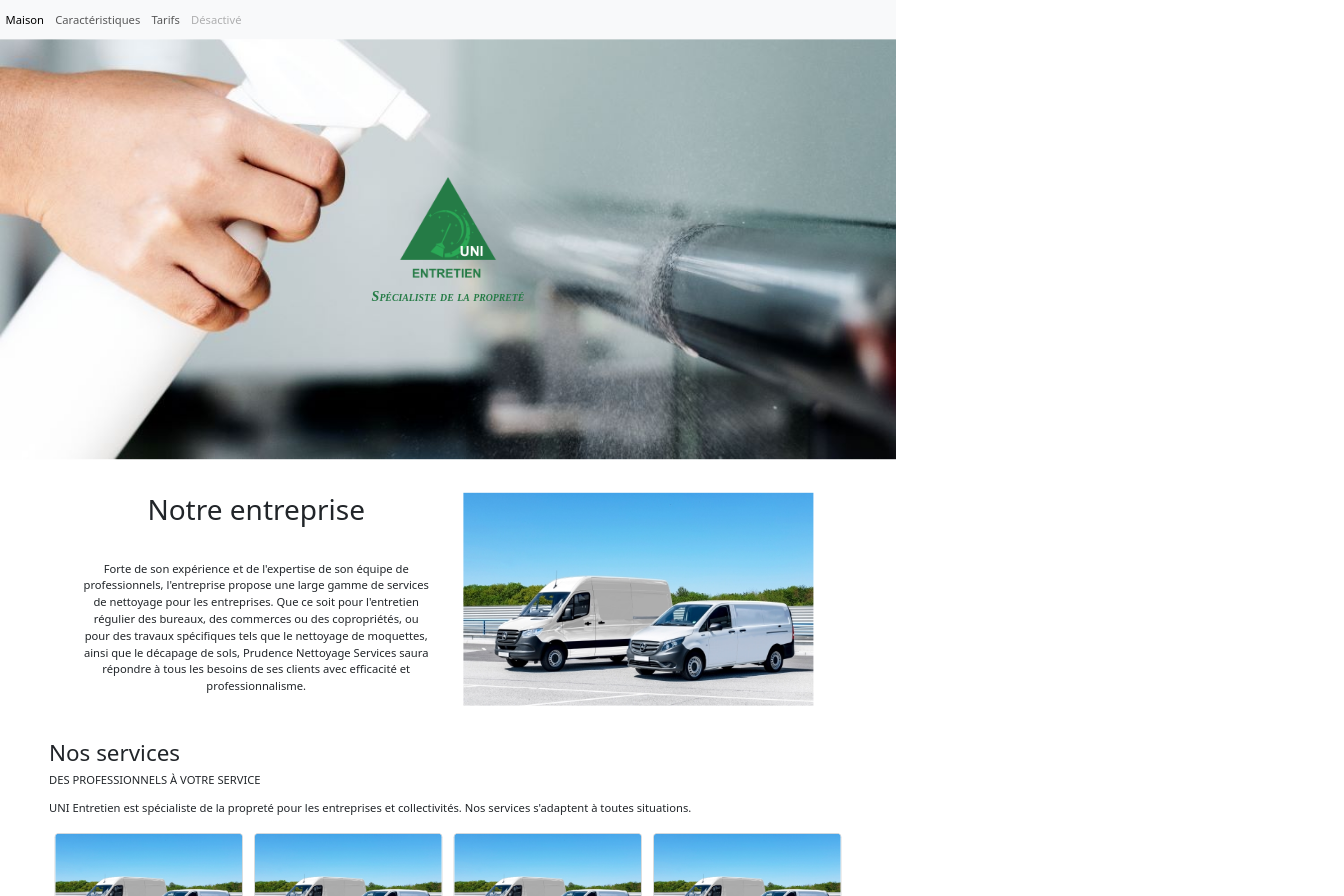
Repository: tomrib/site-UNI
Page: http://localhost/
An editor plug-in stored every save of this project. The page is shown before and after the next save, followed by the edit.
The browser window is 1280 px wide. The page is 1280 px wide, then 1920 px, then 1280 px, so the pictures cover 1920 px, including what lies to the right of the window. The pictures show the part of the page from y = 0 to 1280 px (the page is 2652 px tall), at 70% of full size.
The page is run by PHP 8.4 with error messages shown; the project is at /var/www/html/.

Above is the page before, as saved 2023-12-01 10:29:55.

After the next save:
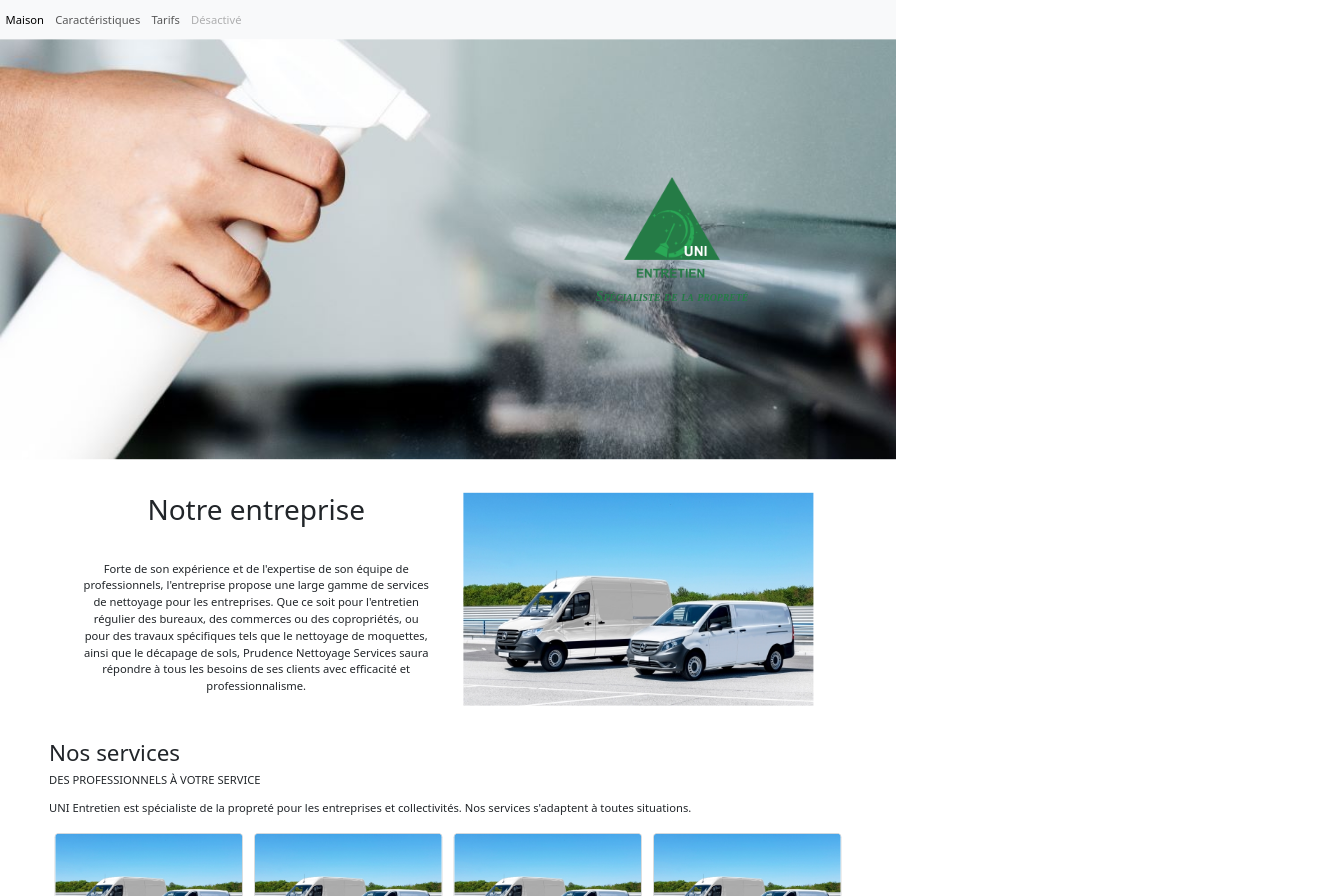
Saved 17 s later.
--- a/assets/css/style.css
+++ b/assets/css/style.css
@@ -13,7 +13,7 @@
 }
 
 .displayLogo {
-    width: 100%;
+    width: 150%;
     height: 600px;
     display: flex;
     flex-direction: column;

After the save that followed:
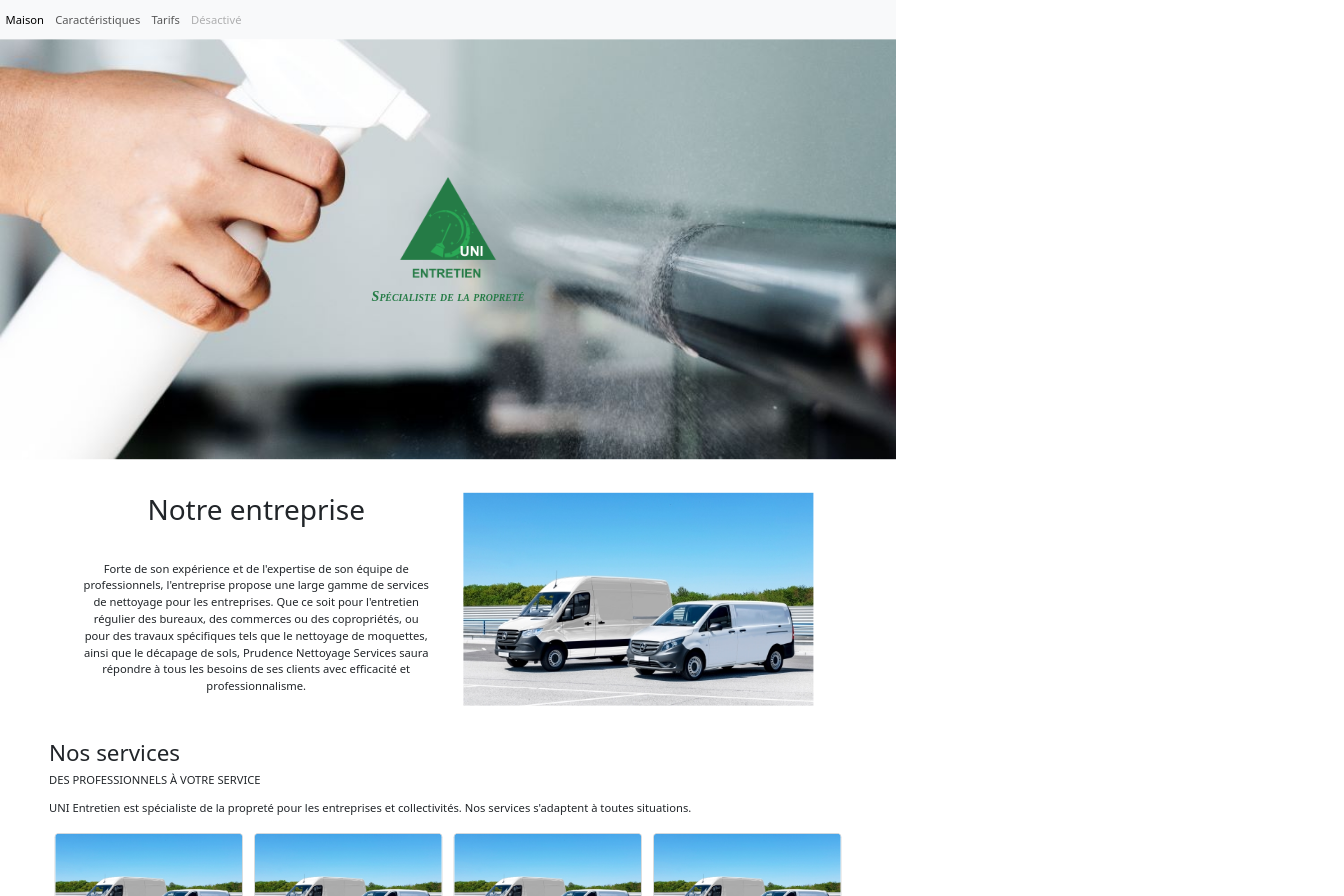
Saved 8 s later.
--- a/assets/css/style.css
+++ b/assets/css/style.css
@@ -13,7 +13,7 @@
 }
 
 .displayLogo {
-    width: 150%;
+    width: 100%;
     height: 600px;
     display: flex;
     flex-direction: column;
